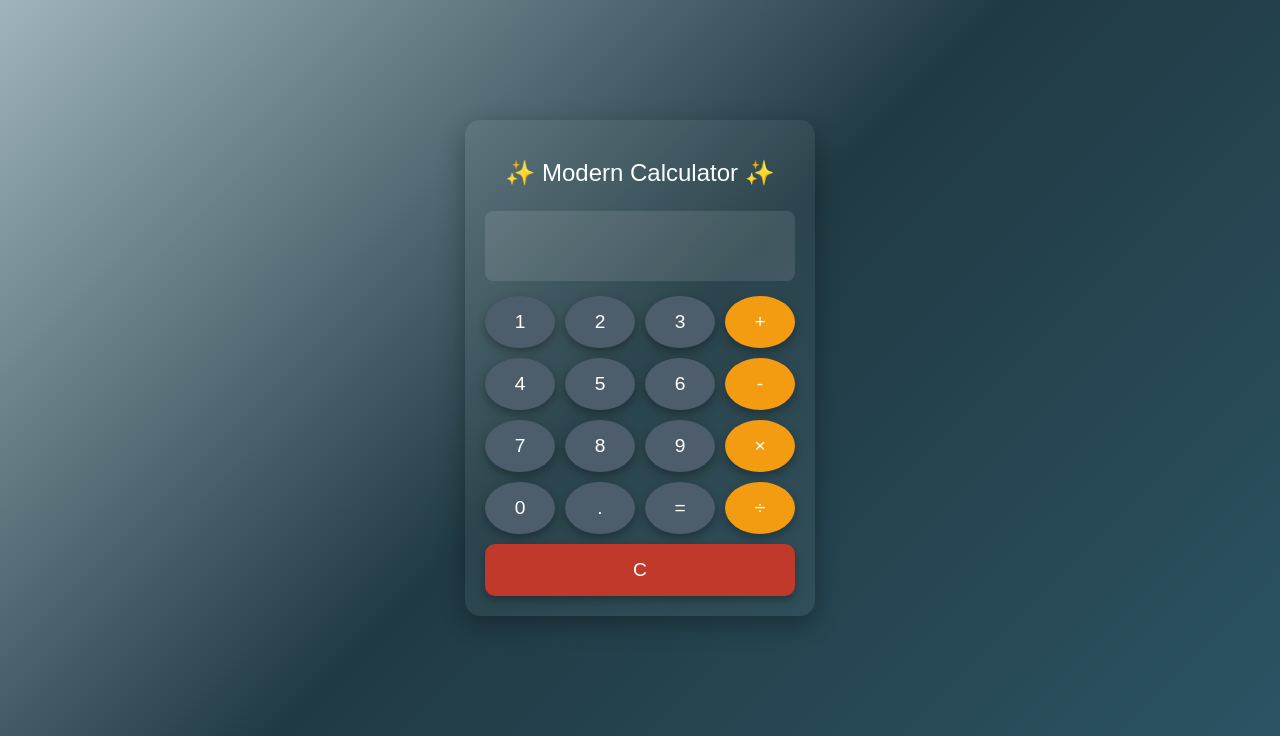
Repository: hawamubarakk/Calculator
Page: calculator.html
The author's editor kept a copy of each file at every save. The page is drawn from the files as they stood at one save, then again after the next save.
The browser window is 1280 px wide. The pictures show the whole page.

Above is the page before, as saved 2025-08-15 21:47:29.

After the next save:
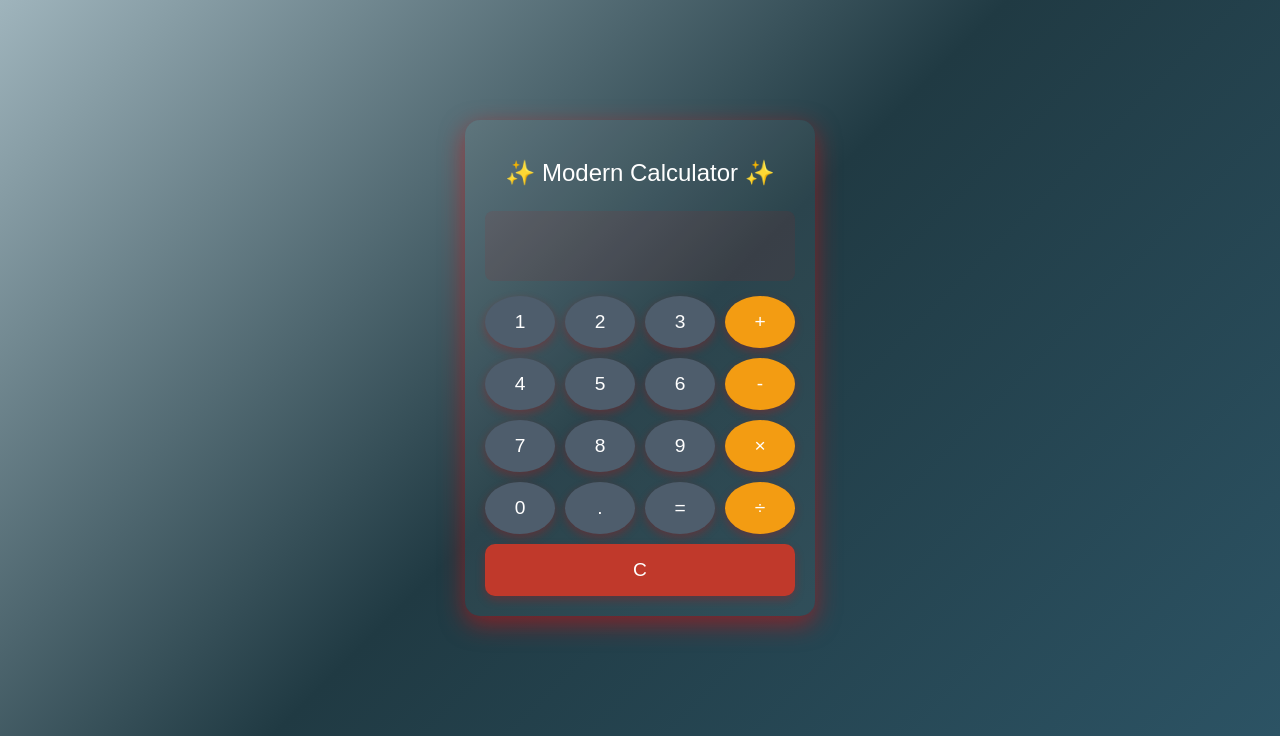
Saved 2 min 11 s later.
--- a/style.css
+++ b/style.css
@@ -12,7 +12,7 @@ body {
   background: rgba(255, 255, 255, 0.05);
   padding: 20px;
   border-radius: 15px;
-  box-shadow: 0 8px 25px rgba(0, 0, 0, 0.3);
+  box-shadow: 0 8px 25px rgba(226, 9, 9, 0.527);
   text-align: center;
 }
 
@@ -22,7 +22,7 @@ h2 {
 }
 
 .js-calculation {
-  background: rgba(255, 255, 255, 0.1);
+  background: rgba(174, 19, 19, 0.1);
   padding: 15px;
   border-radius: 8px;
   font-size: 1.5rem;
@@ -46,11 +46,11 @@ button {
   color: white;
   cursor: pointer;
   transition: transform 0.15s ease, background 0.3s ease;
-  box-shadow: 0 4px 10px rgba(0,0,0,0.3);
+  box-shadow: 0 4px 10px rgba(200, 13, 13, 0.3);
 }
 
 button:hover {
-  background: #6c7a89;
+  background: #5b8abc;
   transform: scale(1.1);
 }
 
